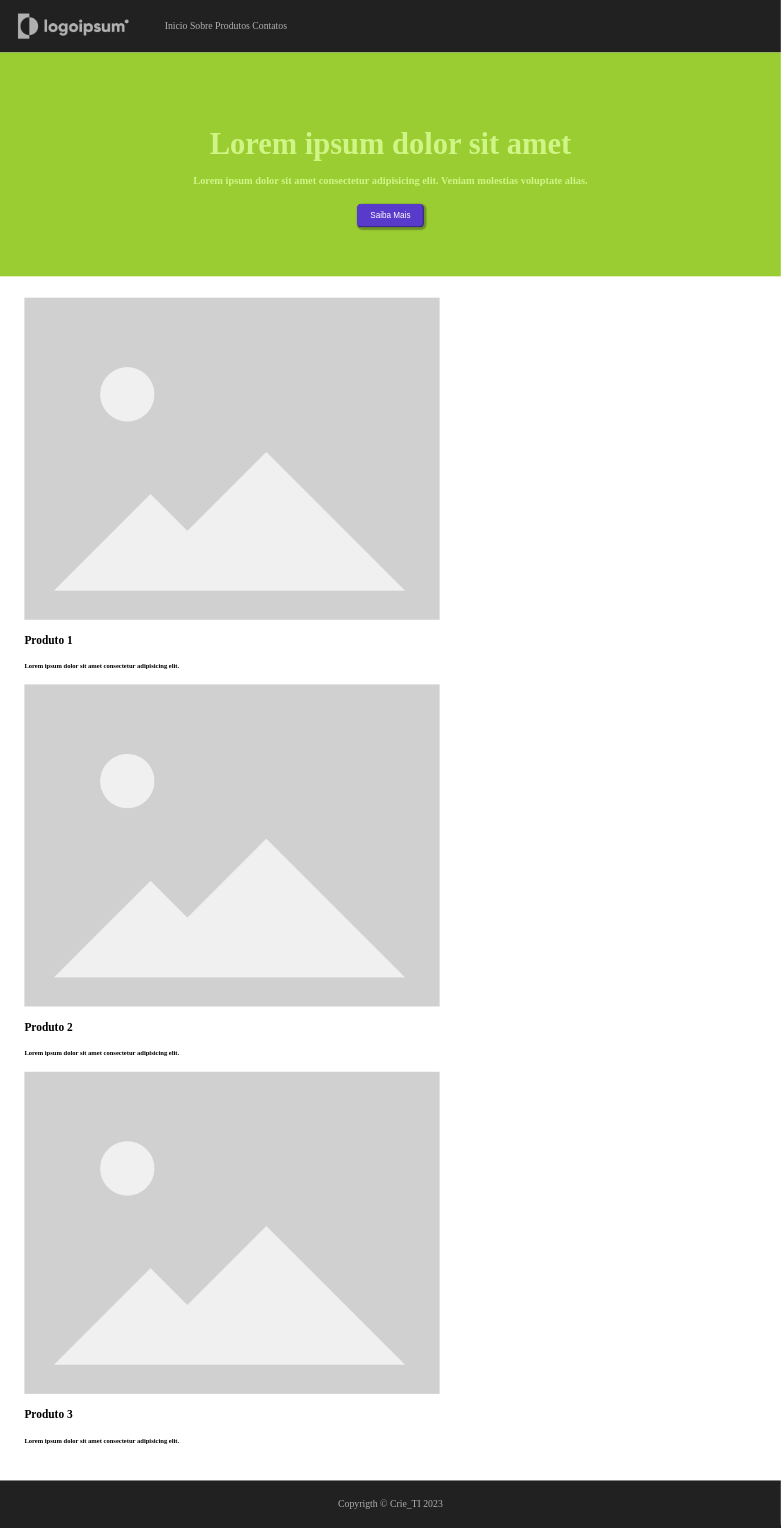
Repository: robsonwssantos/Projeto_Olaria
Page: Exercicios/ex.01/index.html
An editor plug-in stored every save of this project. The page is shown before and after the next save, followed by the edit.
The browser window is 1280 px wide. The pictures show the whole page, at 61% of full size.

Above is the page before, as saved 2023-04-21 11:39:45.

### Exercicios/ex.01/index.html
<!DOCTYPE html>
<html lang="pt-BR">
<head>
    <meta charset="UTF-8">
    <meta http-equiv="X-UA-Compatible" content="IE=edge">
    <meta name="viewport" content="width=device-width, initial-scale=1.0">
    <title>Desafio HTML-CSS</title>

    <style>
        body {
            margin: 0;
        }

        nav {
            color: #B0B0B0;
            background-color: #212121;
        }

        .banner {
            color: #d0f587;
            background-color: #9ACD32;
            text-align: center;
            padding: 80px 80px 80px 80px;
        }

        .banner h1 {
            font-size: 50px;
        }

        .banner h3 {
            font-size: 17px;
            margin-top: -20px;
        }



        .botao {
            color: #fff;
            background-color: #593BCC;
            border-color: #593BCC;
            border-radius: 7px;
            padding: 10px 20px 10px 20px;
            margin-top: 10px;
            box-shadow: 2px 2px 2px 2px rgba(19, 18, 18, 0.315);
        }


        header {
            display: flex;
            align-items: center;
            background-color:#212121;
            padding-left: 20px;
            padding-right: 20px;
            box-sizing: border-box;
            color: #B0B0B0;;
          /*  width: 100%;
            position: absolute;
            position: fixed;
            top: 0; */
        }

        header img {
            width: 200px;
            margin-right: 50px;
        }

        header a {
            text-decoration: none;
            color: #B0B0B0;
        }

        a:hover {
            color: #ffffff;
        }

        .container {

                padding-top:35px;
                padding-bottom: 35px;
                padding-left: 40px;
                padding-right: 40px;
        }


        footer {
            text-align: center;
            padding-top: 30px;
            padding-bottom: 30px;
            color:#B0B0B0;
            background-color:#212121;

        }

    </style>

</head>
<body>
    <header>

        <img src="logo.png" alt="">
        <nav>
            <a href="">Inicio</a>
            <a href="">Sobre</a>
            <a href="">Produtos</a>
            <a href="">Contatos</a>
        </nav>

    </header>
   <main>
        <section class="banner">
            <div>
                <h1>Lorem ipsum dolor sit amet</h1>
                <h3>Lorem ipsum dolor sit amet consectetur adipisicing elit. Veniam molestias voluptate alias.</h3>
                <button class="botao">Saiba Mais</button>
            </div>
        </section>

        <section class="container" class="row">
            <div class="colum">
                <img src="placeholder.png" alt="">
                <h3>Produto 1</h3>
                <h6>Lorem ipsum dolor sit amet consectetur adipisicing elit.</h6>
            </div>
            <div class="colum">
                <img src="placeholder.png" alt="">
                <h3>Produto 2</h3>
                <h6>Lorem ipsum dolor sit amet consectetur adipisicing elit.</h6>
            </div>
            <div class="colum">
                <img src="placeholder.png" alt="">
                <h3>Produto 3</h3>
                <h6>Lorem ipsum dolor sit amet consectetur adipisicing elit.</h6>
            </div>
        </section>
   </main>

    <footer>
        Copyrigth © Crie_TI 2023
    </footer>
</body>
</html>

After the next save:
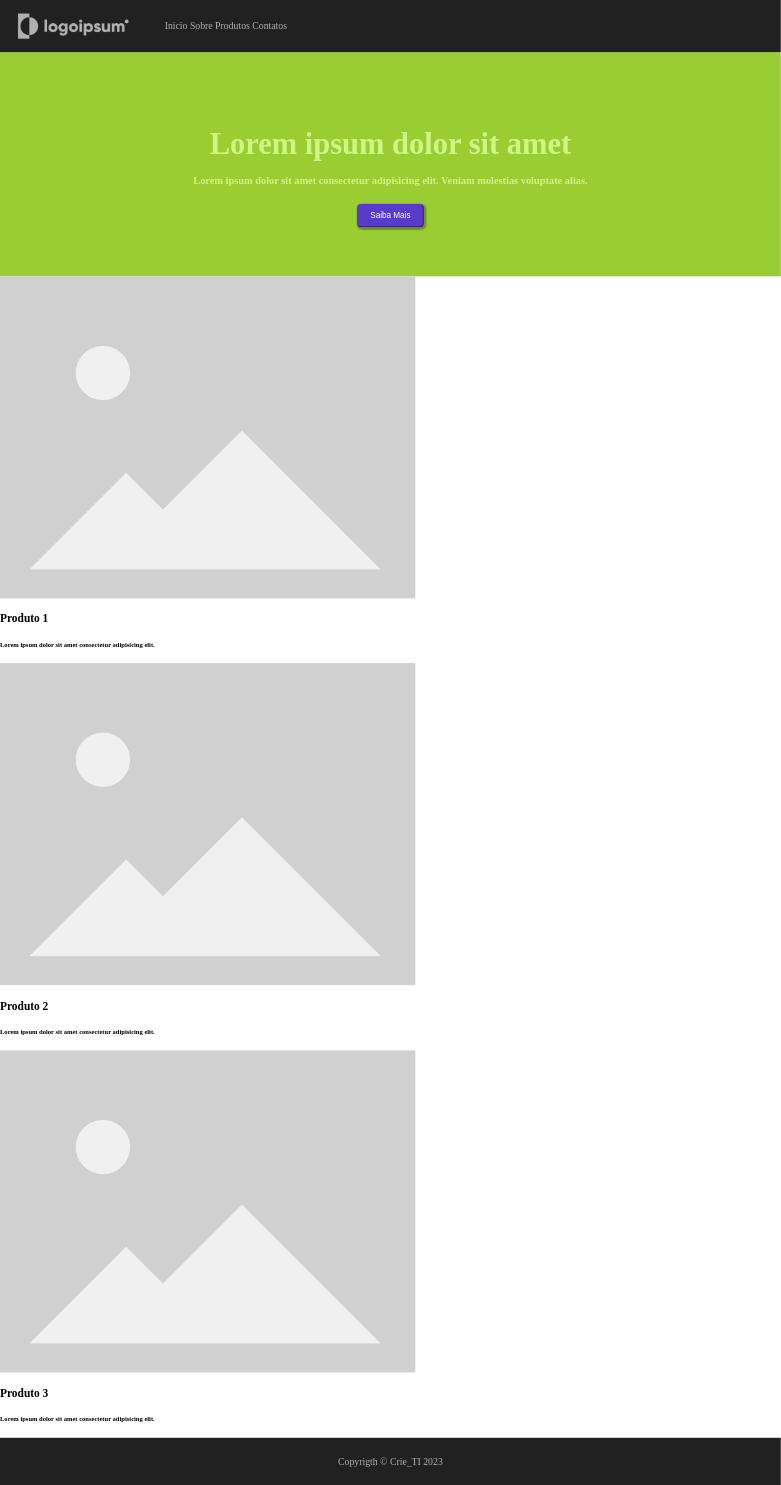
Saved 2 min 46 s later.
--- a/Exercicios/ex.01/index.html
+++ b/Exercicios/ex.01/index.html
@@ -73,15 +73,6 @@
             color: #ffffff;
         }
 
-        .container {
-
-                padding-top:35px;
-                padding-bottom: 35px;
-                padding-left: 40px;
-                padding-right: 40px;
-        }
-
-
         footer {
             text-align: center;
             padding-top: 30px;
